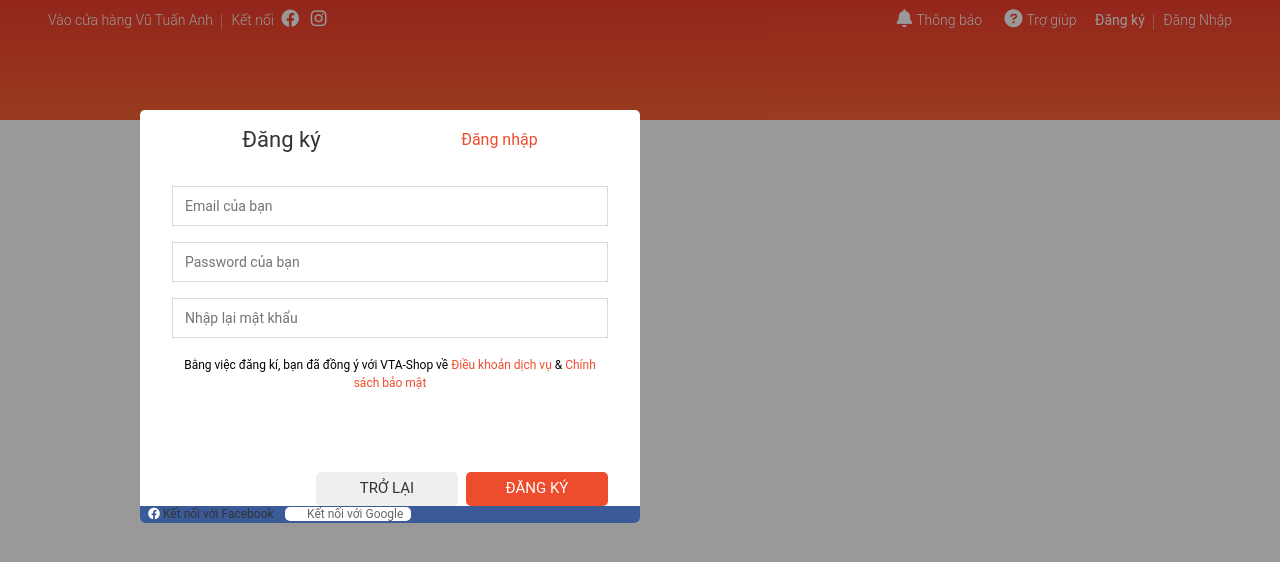
Repository: VuTuanAnh0949/Shopee
Page: index.html
The author's editor kept a copy of each file at every save. The page is drawn from the files as they stood at one save, then again after the next save.
The browser window is 1280 px wide. The pictures show the whole page.

Above is the page before, as saved 2022-02-15 13:36:35.

After the next save:
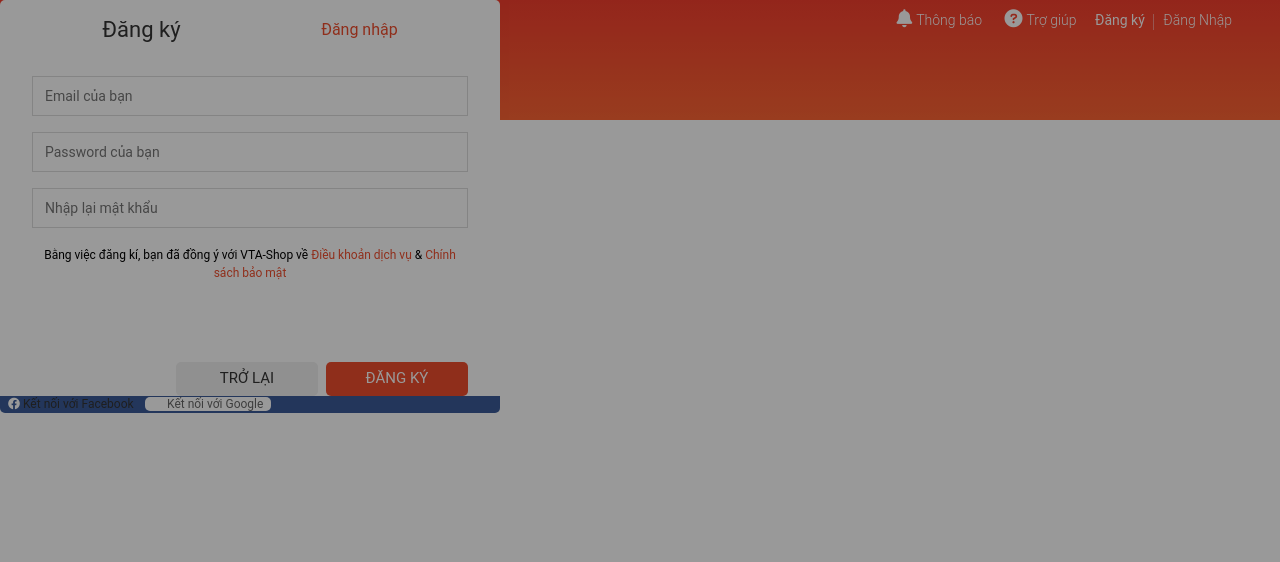
Saved 8 s later.
--- a/assets/css/base.css
+++ b/assets/css/base.css
@@ -52,9 +52,9 @@
 .modal__body{
   width: 1000px;
   height: 500px;
-  margin: auto;
+ /*  margin: auto;
   position: relative;
-  z-index: 1;  /* để cho modal nổi lên */
+  z-index: 1; */  /* để cho modal nổi lên */
 }
 /* Button style */
 .btn{

After the save that followed:
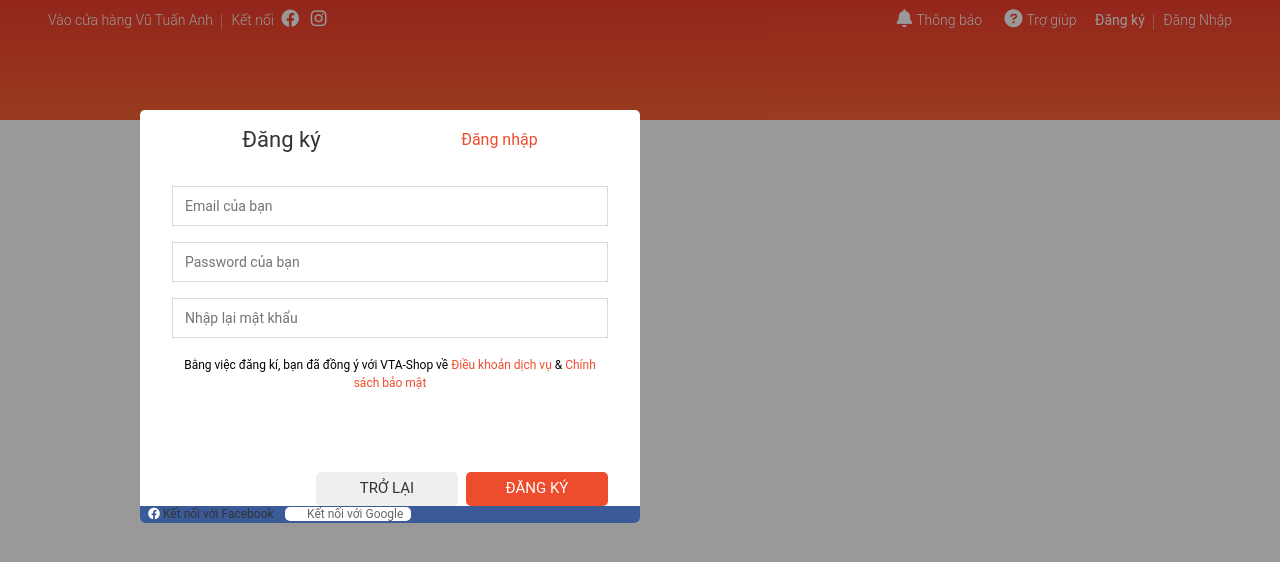
Saved 5 s later.
--- a/assets/css/base.css
+++ b/assets/css/base.css
@@ -52,9 +52,9 @@
 .modal__body{
   width: 1000px;
   height: 500px;
- /*  margin: auto;
+  margin: auto;
   position: relative;
-  z-index: 1; */  /* để cho modal nổi lên */
+  z-index: 1;  /* để cho modal nổi lên */
 }
 /* Button style */
 .btn{
